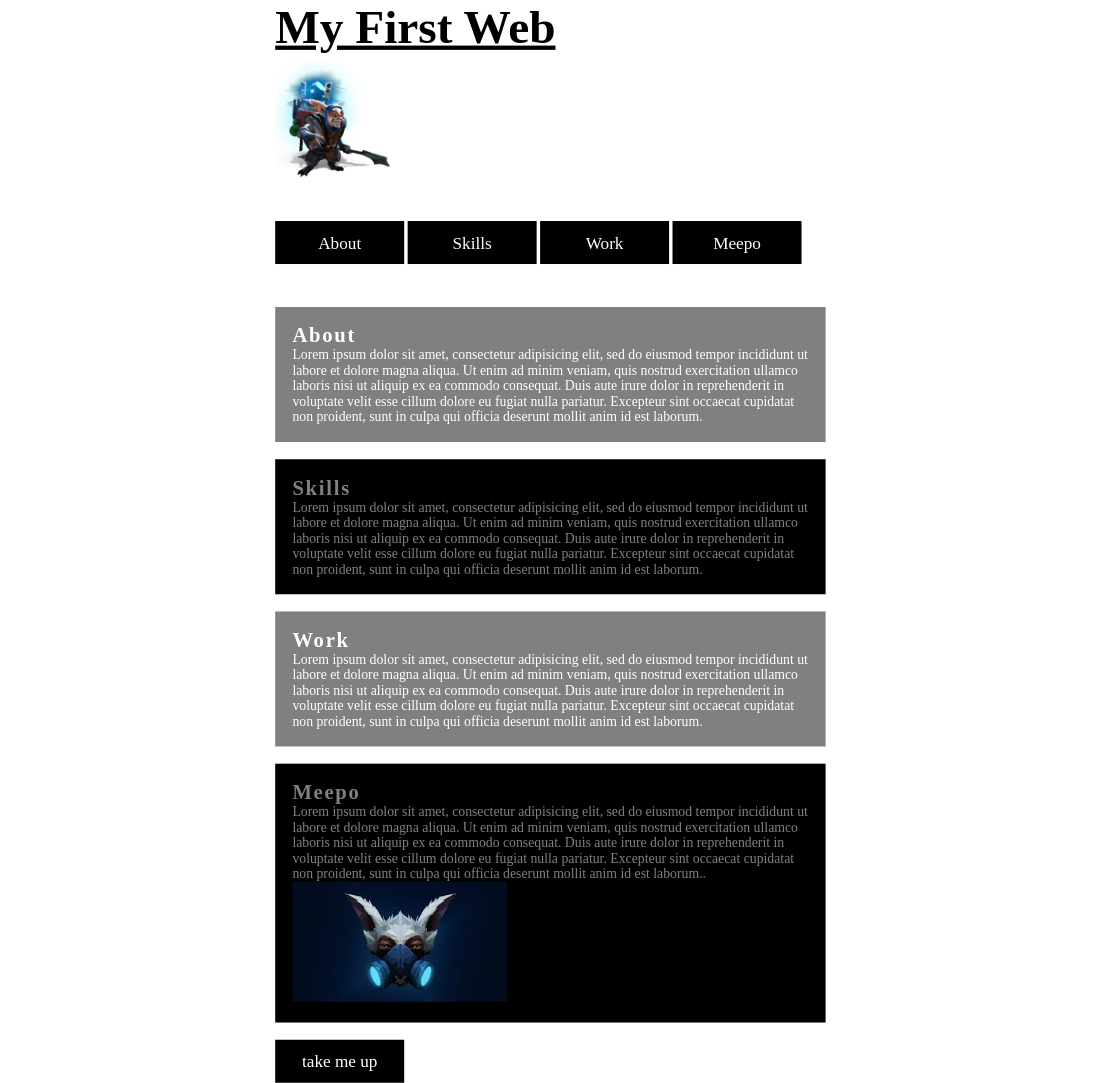
Repository: liav13/SchoolFirstWeb
Page: index.html
These files come from the project's save history. The page is drawn as it stood at one moment and after the next save; the edit follows.
The browser window is 1280 px wide. The pictures show the whole page, at 86% of full size.

Above is the page before, as saved 2019-05-13 18:53:42.

After the next save:
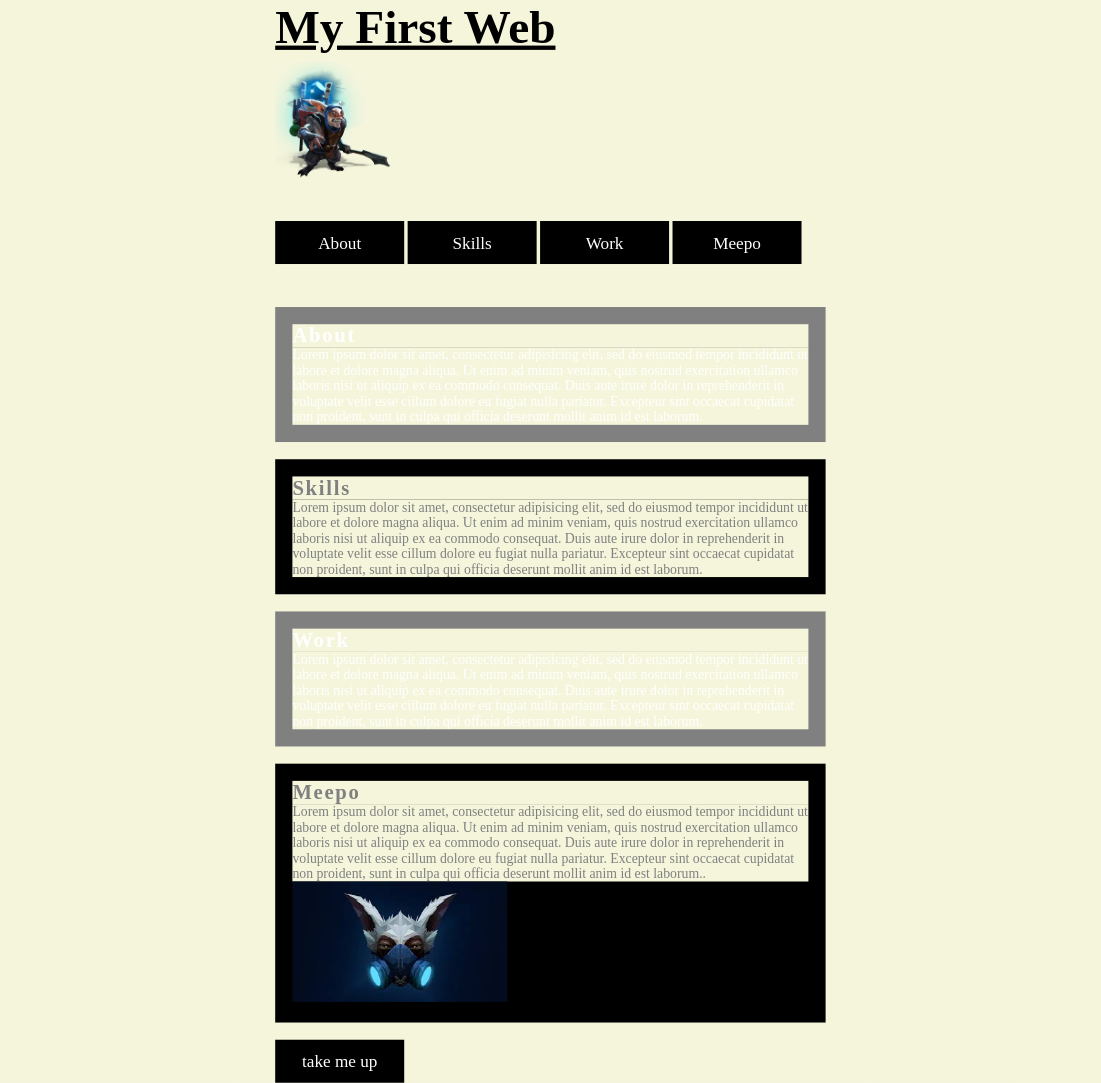
Saved 63 s later.
--- a/css/main.css
+++ b/css/main.css
@@ -1,5 +1,6 @@
 *{
 margin: 0 auto;
+background: beige;
 }
 h1	{text-decoration: underline;
 	color:black;

After the 2 saves that followed:
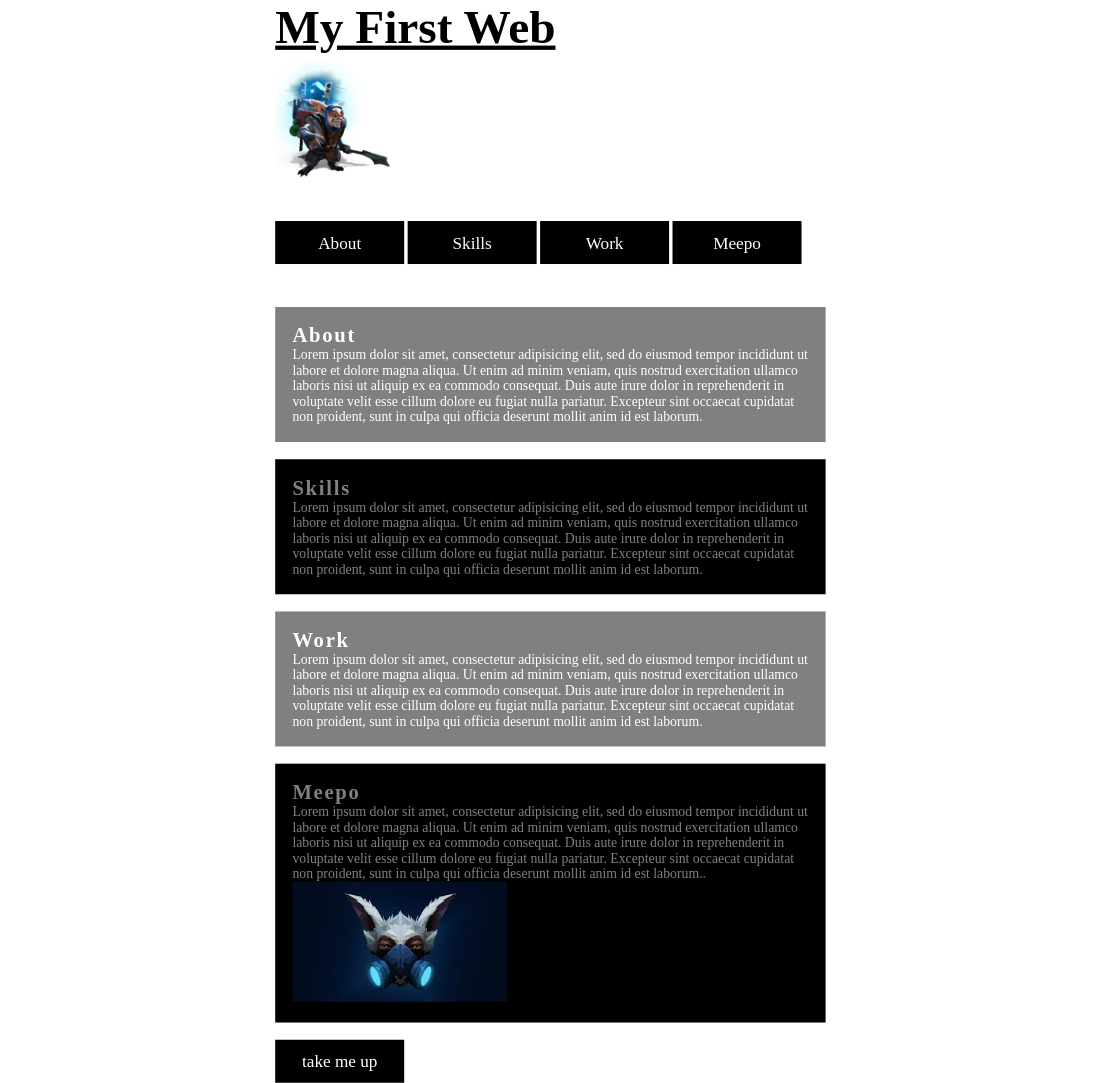
The 2 saves are shown as one change because 1 left the picture as it was.
The last was saved 37 s later.
--- a/css/main.css
+++ b/css/main.css
@@ -1,6 +1,5 @@
 *{
 margin: 0 auto;
-background: beige;
 }
 h1	{text-decoration: underline;
 	color:black;
